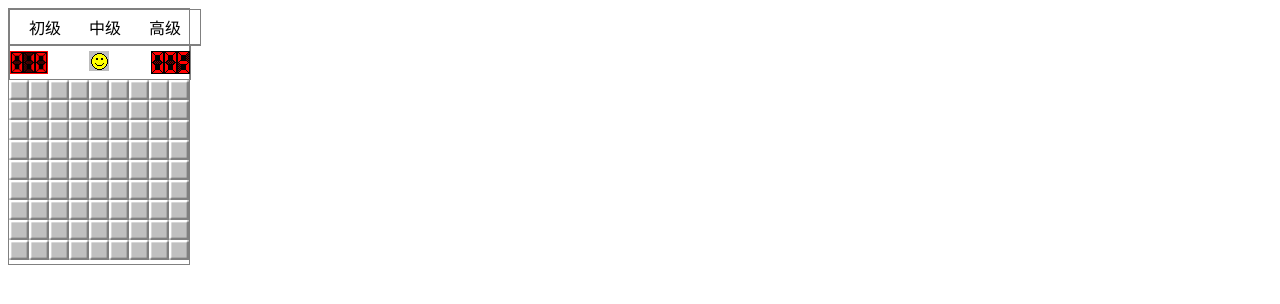
Repository: vLinv/MineSweeper
Page: index.html
An editor plug-in stored every save of this project. The page is shown before and after the next save, followed by the edit.
The browser window is 1280 px wide. The pictures show the whole page.

Above is the page before, as saved 2022-02-18 16:39:34.

After the next save:
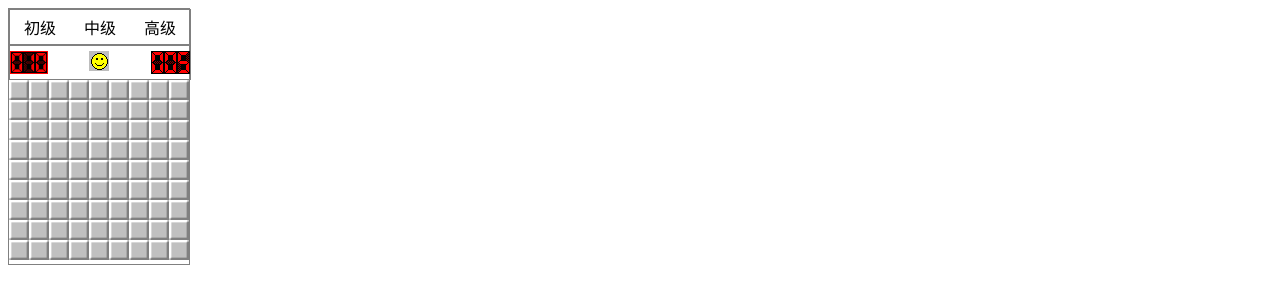
Saved 4 s later.
--- a/index.html
+++ b/index.html
@@ -39,7 +39,7 @@
       display: flex;
       border: 1px solid gray;
       border-bottom: 2px solid gray;
-      padding: 5px;
+      padding: 5px 0;
     }
 
     .level {
